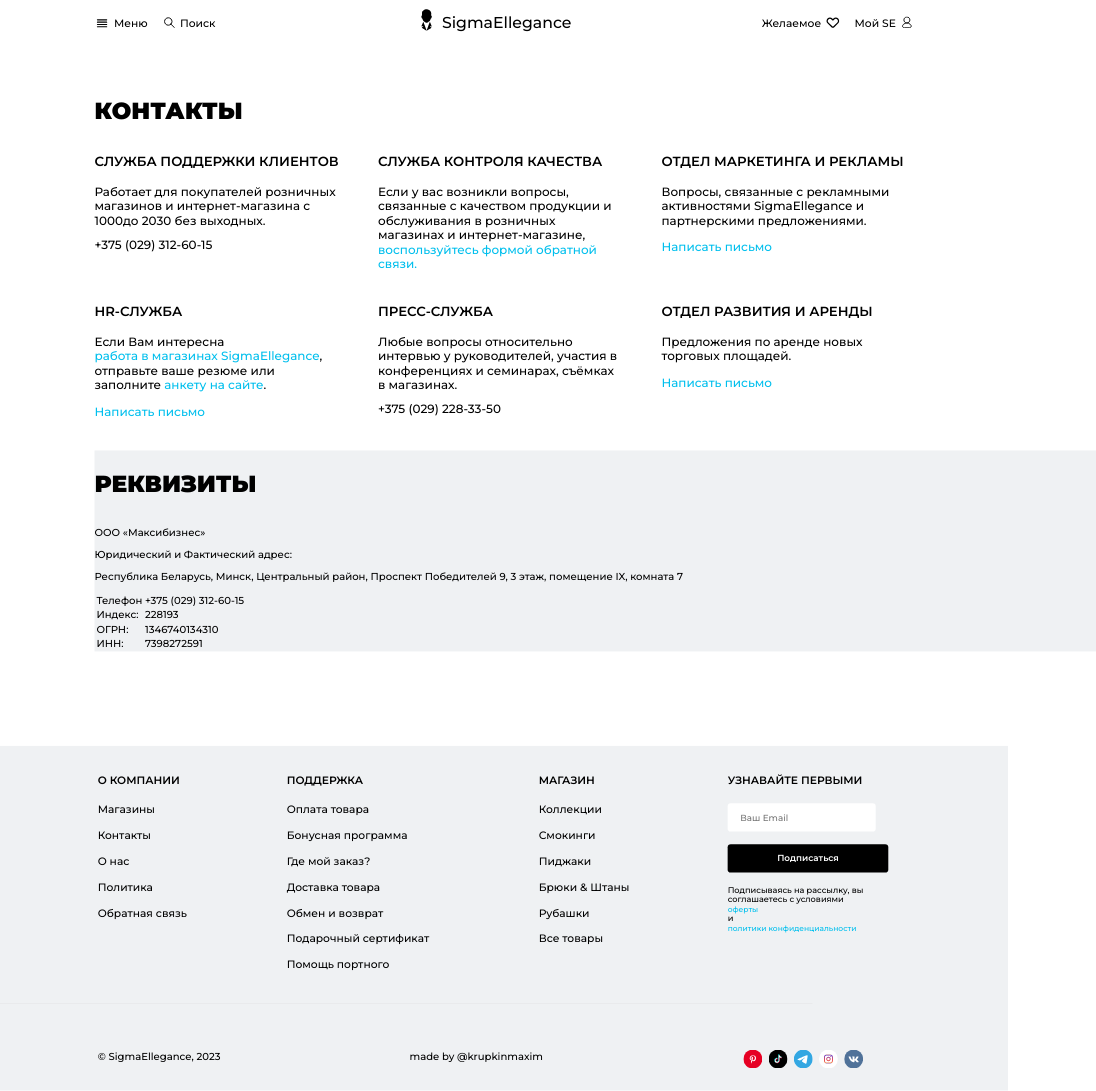
Repository: MaksimKrupkin/SigmaEllegance
Page: /contacts
These files come from the project's save history. The page is drawn as it stood at one moment and after the next save; the edit follows.
The browser window is 1280 px wide. The page is 1740 px wide, then 1738 px, so the pictures cover 1740 px, including what lies to the right of the window. The pictures show the whole page, at 63% of full size.
Some web fonts or font styles are not loaded; a fallback is used. The project was rebuilt for these pictures with package versions that can differ from the ones it lists, and the page was loaded fresh each time. Also part of the build but not shown: src/Components/SideBar/SideBar.module.css, src/Components/SideBar/SideBar.jsx, src/Pages/HomePage.module.css, src/Components/SliderWrapper/SliderWrapper.module.css, src/Components/SliderCard/SliderCard.module.css, src/Components/SliderCard/SliderCard.jsx, src/Components/LeftArrow/LeftArrow.module.css, src/Components/LeftArrow/LeftArrow.jsx and 25 more.

Above is the page before, as saved 2023-12-18 17:45:21.

After the next save:
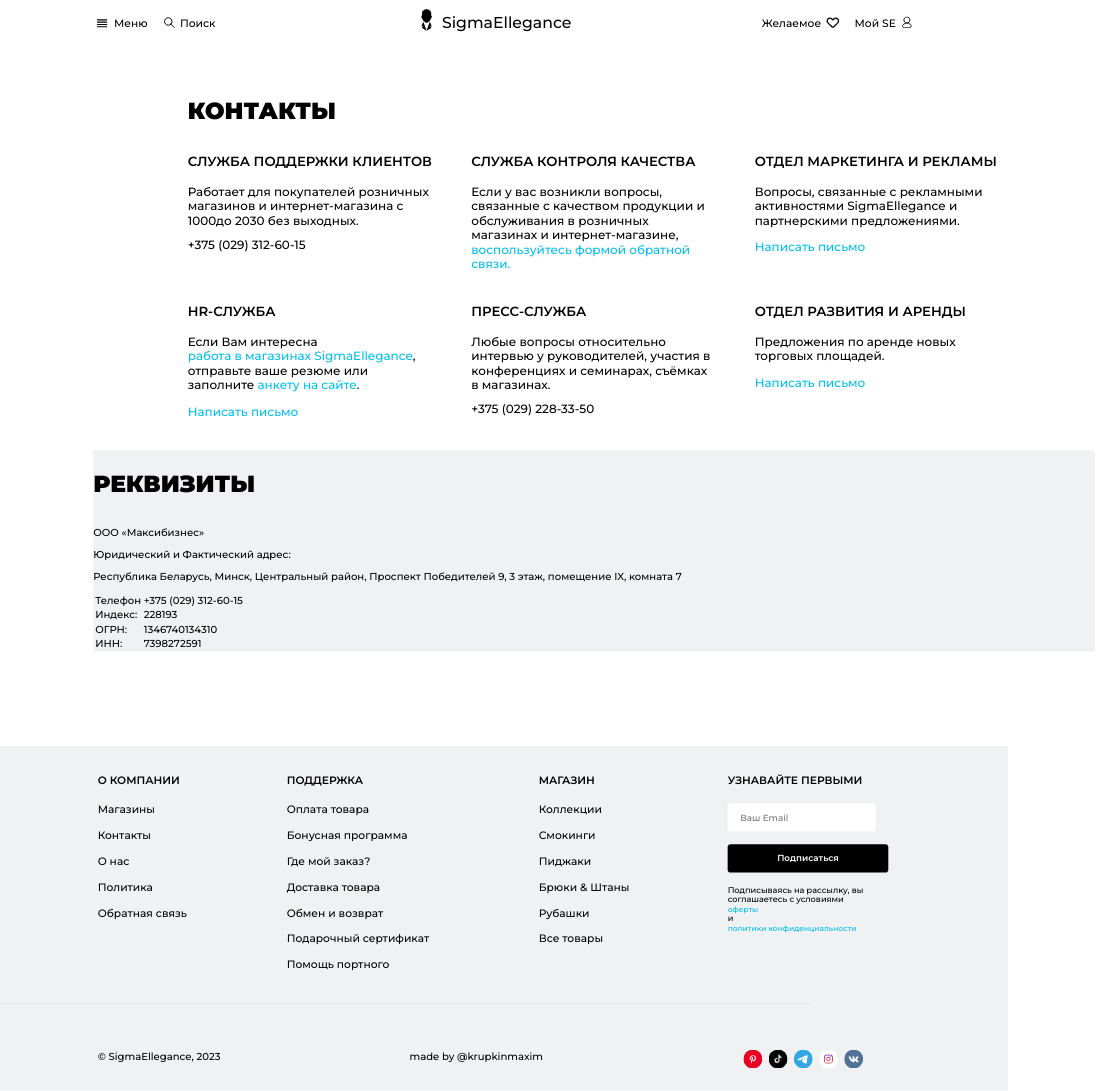
Saved 21 s later.
--- a/src/Pages/Contacts/Contacts.module.css
+++ b/src/Pages/Contacts/Contacts.module.css
@@ -6,8 +6,8 @@
   margin-top: 50px;
   display: flex;
   flex-direction: column;
-  justify-content: space-between;
-  align-items: start;
+  justify-content: center;
+  align-items: center;
   gap: 50px;
 }
 .top_part {
